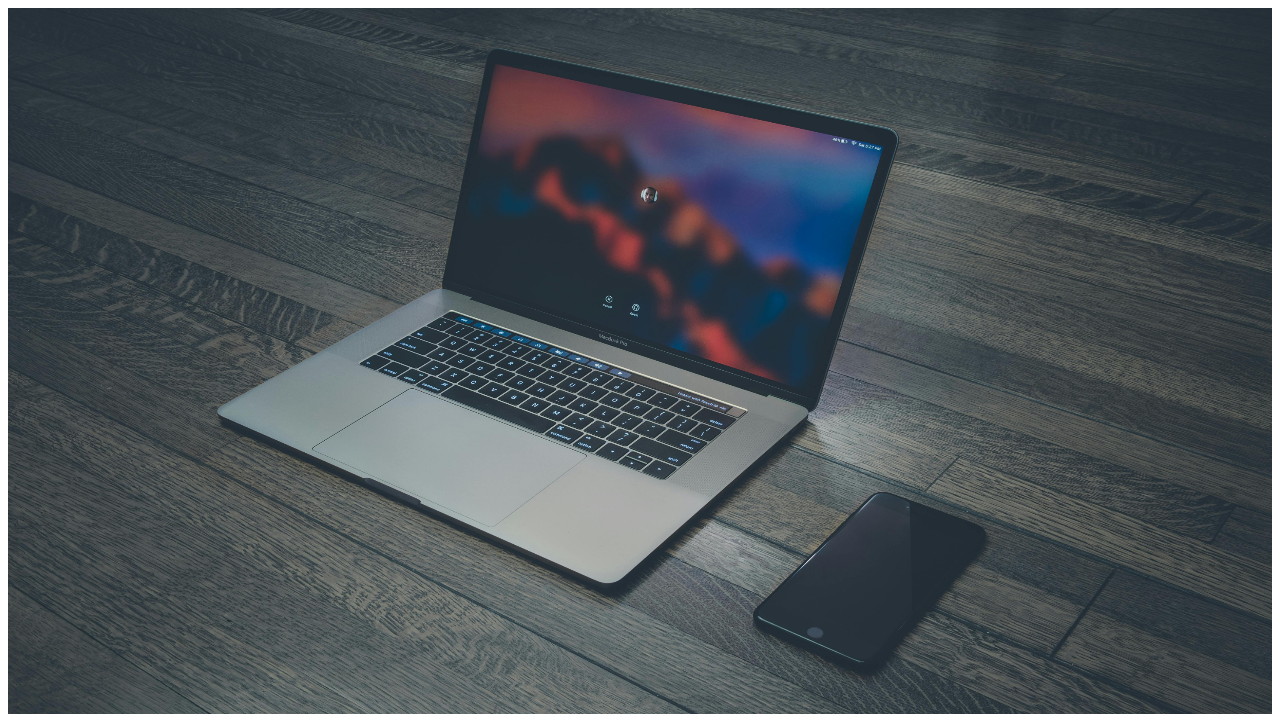
Repository: MrHadSheanas/Image_Fouce
Page: index.html
An editor plug-in stored every save of this project. The page is shown before and after a run of saves, followed by the edit.
The browser window is 1280 px wide. The pictures show the whole page.

Above is the page before, as saved 2025-09-06 06:50:34.

### index.html
<!DOCTYPE html>
<html lang="en">
<head>
   <meta charset="UTF-8">
   <meta name="viewport" content="width=device-width, initial-scale=1.0">
   <title>Document</title>
   <link rel="stylesheet" href="style.css">
</head>
<body>

 <h1>Fouce</h1>
 <img src="pexels-veeterzy-303383.jpg" alt="">

</body>
</html>

### style.css
img{
   position: relative;
   width: 100%;
   height:98vh;
   display: flex;


}
h1{
   position: absolute;
   top: 20px;


}

After the next 2 saves:
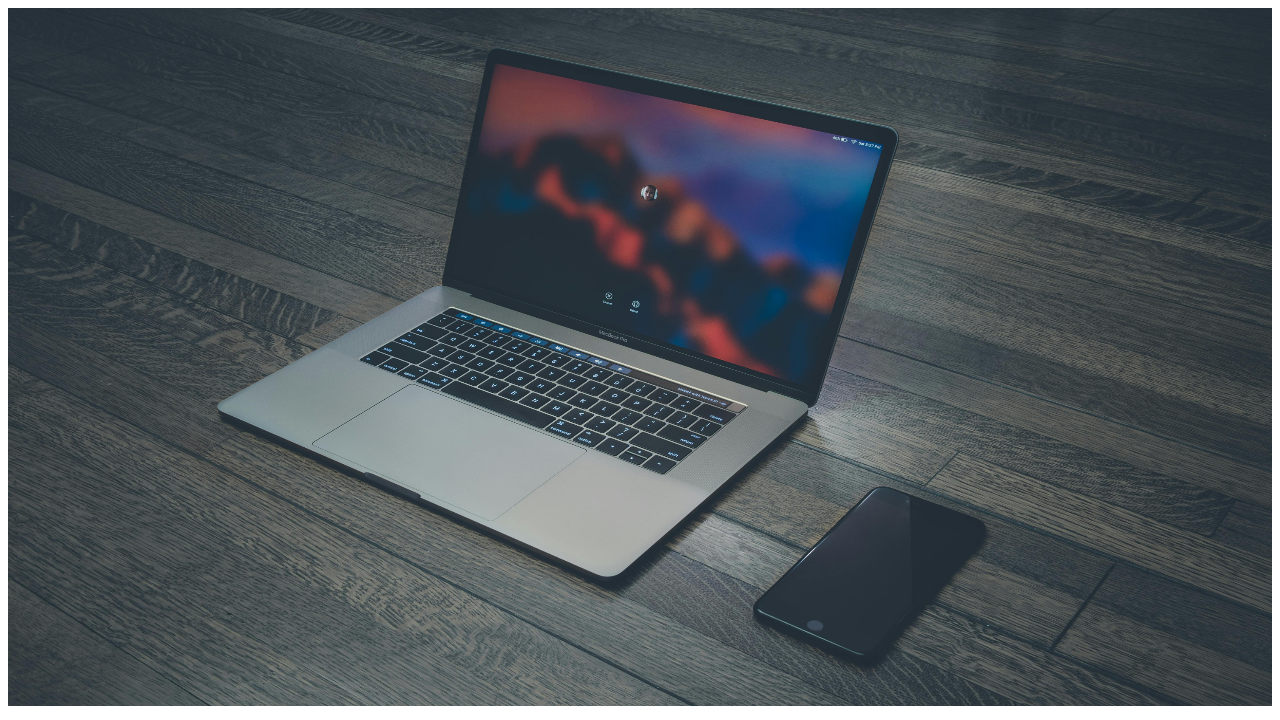
The 2 saves are shown as one change because they came seconds apart.
The last was saved 20 s later.
--- a/style.css
+++ b/style.css
@@ -1,7 +1,7 @@
 img{
    position: relative;
    width: 100%;
-   height:98vh;
+   height:97vh;
    display: flex;
 
 
